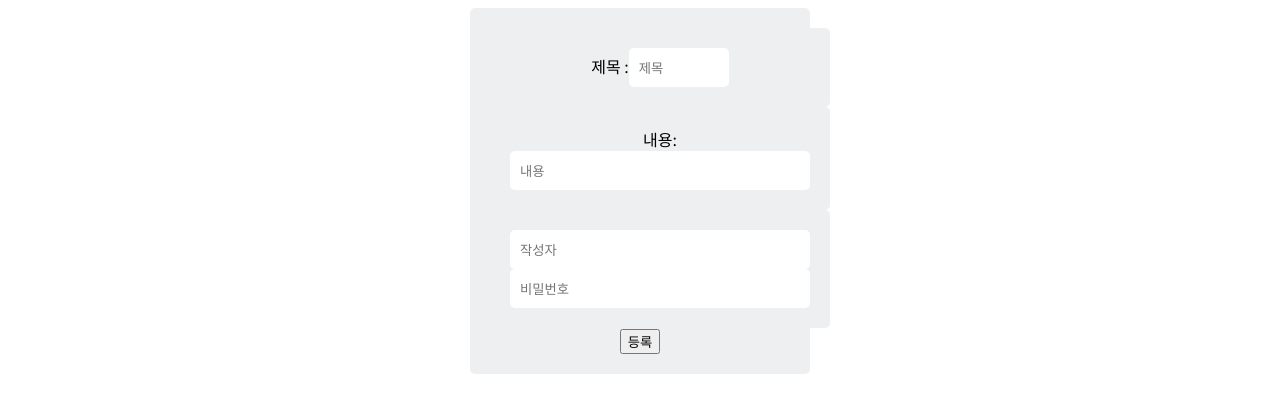
Repository: tae10/app-board-solo
Page: http://localhost/app-board/create
An editor plug-in stored every save of this project. The page is shown before and after the next save, followed by the edit.
The browser window is 1280 px wide. The pictures show the whole page.
The page is served by Tomcat 9.

Above is the page before, as saved 2023-04-10 14:21:48.

After the next save:
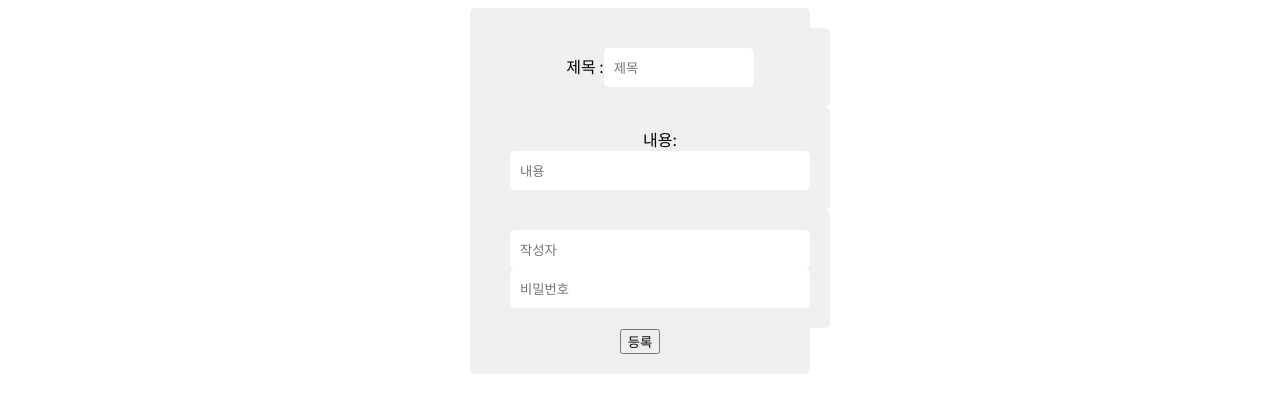
Saved 19 s later.
--- a/app-board/src/main/webapp/WEB-INF/views/board/create.jsp
+++ b/app-board/src/main/webapp/WEB-INF/views/board/create.jsp
@@ -12,7 +12,7 @@
 	<div>
 		<form action="/create-task" autocomplete="off">
 			<div class="sign-form labe">
-				제목 :<input style="width: 100px" type="text" name="title" placeholder="제목">
+				제목 :<input style="width: 150px" type="text" name="title" placeholder="제목">
 			</div>
 			<div>
 				내용:<input class="container" type="text" name="content" placeholder="내용" >
